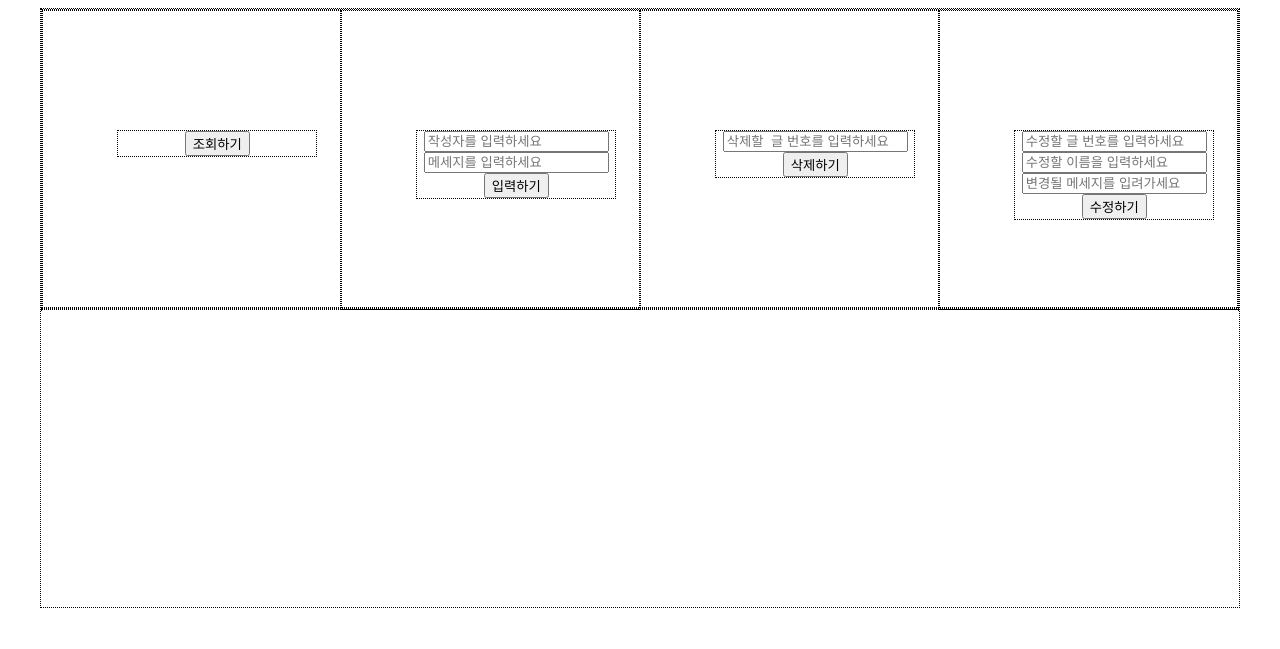
Repository: y2kim/workspace4
Page: MyBatisFramwork_07_12/WebContent/index.html
The author's editor kept a copy of each file at every save. The page is drawn from the files as they stood at one save, then again after the next save.
The browser window is 1280 px wide. The pictures show the whole page.

Above is the page before, as saved 2018-07-12 06:05:56.

### MyBatisFramwork_07_12/WebContent/index.html
<!DOCTYPE html>
<html>
<head>
<meta charset="UTF-8">
<title>myBatis FrontEnd</title>
<script src="https://code.jquery.com/jquery-3.3.1.js"></script>
	<style>
		div{
			border: 1px dotted black;
			box-sizing: border-box;
		}

		#wrapper{
			width: 1200px;
			height: 600px;
			margin: 0px auto;
		}


		#line1{
			width:100%;
			height: 50%;
		}

		.exam{
			float:left;
			width: 25%;
			height: 300px;
		}
		.exam div{
			text-align: center;
			width:200px;
			margin-left: 25%;
			margin-top: 40%;

		}

	</style>
	<script>
		$(document).ready(function() {
			$("#selectAll").click(function(){
				$(location).attr("href","select.do");
			})
		})
	</script>

</head>
<body>
	<div id="wrapper">
		<div id="line1">
			<div id="exam01" class="exam">
				<div>
					<button id="selectAll">조회하기</button>
				</div>
			</div>
			<div id="exam02" class="exam">
			<form action="insert.do" method="post">
				<div>
					<input type="text" placeholder="작성자를 입력하세요" name="writer"><br>
					<input type="text" placeholder="메세지를 입력하세요" name="contents"><br>
					<button>입력하기</button>
				</div>
			</form>
			</div>
			<div id="exam03" class="exam">
				<form action="delete.do" method="post">
				<div>
					<input type="text" placeholder="삭제할  글 번호를 입력하세요" name="seq"><br>
					<button>삭제하기</button>
				</div>
				</form>
			</div>
			<div id="exam04" class="exam">
			<form action="update.do" method="post">
				<div>
					<input type="text" placeholder="수정할 글 번호를 입력하세요" name="seq"><br>
					<input type="text" placeholder="수정할 이름을 입력하세요" name="writer"><br>
					<input type="text" placeholder="변경될 메세지를 입려가세요" name="contents"><br>
					<button>수정하기</button>
				</div>
			</form>
			</div>
		</div>
		<div id="line2">
		</div>
	</div>
</body>
</html>

After the next save:
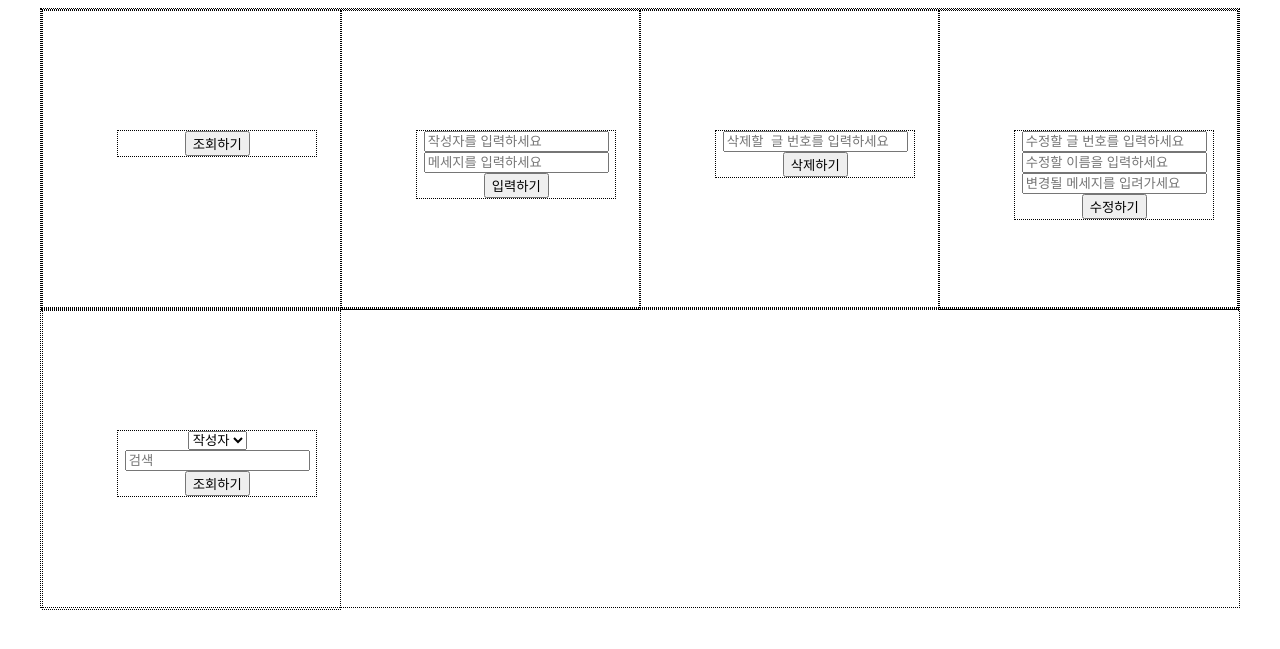
Saved 15 min 38 s later.
--- a/MyBatisFramwork_07_12/WebContent/index.html
+++ b/MyBatisFramwork_07_12/WebContent/index.html
@@ -82,6 +82,16 @@
 			</div>
 		</div>
 		<div id="line2">
+			<div id="exam01" class="exam">
+					<div>
+				<select>
+				 <option value="writer">작성자</option>
+    			 <option value="contents">글내용</option>
+				</select>
+				<input type="text" placeholder="검색" name="textabout"><br>
+				<button id="selectAll">조회하기</button>
+					</div>
+			</div>
 		</div>
 	</div>
 </body>
